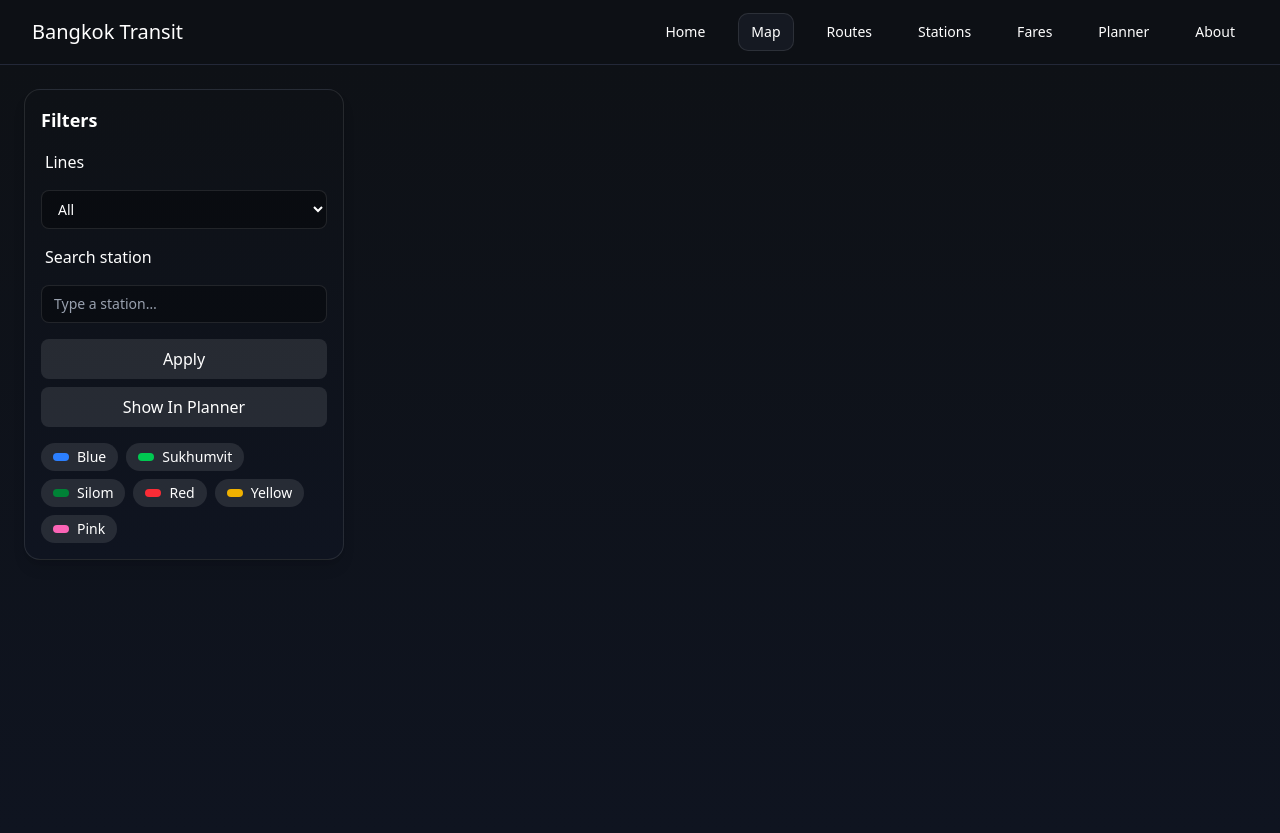
Repository: pyaestk/Bangkok-transit-map
Page: /map
An editor plug-in stored every save of this project. The page is shown before and after a run of saves, followed by the edit.
The browser window is 1280 px wide. The pictures show the whole page.
The project was rebuilt for these pictures with package versions that can differ from the ones it lists, and the page was loaded fresh each time. Also part of the build but not shown: vite.config.ts, src/pages/Home.tsx, src/pages/Planner.tsx, src/pages/Stations.tsx, src/pages/TrainRoutes.tsx, src/pages/Fares.tsx, src/pages/About.tsx.

Above is the page before, as saved 2025-10-04 10:10:02.

After the next 2 saves:
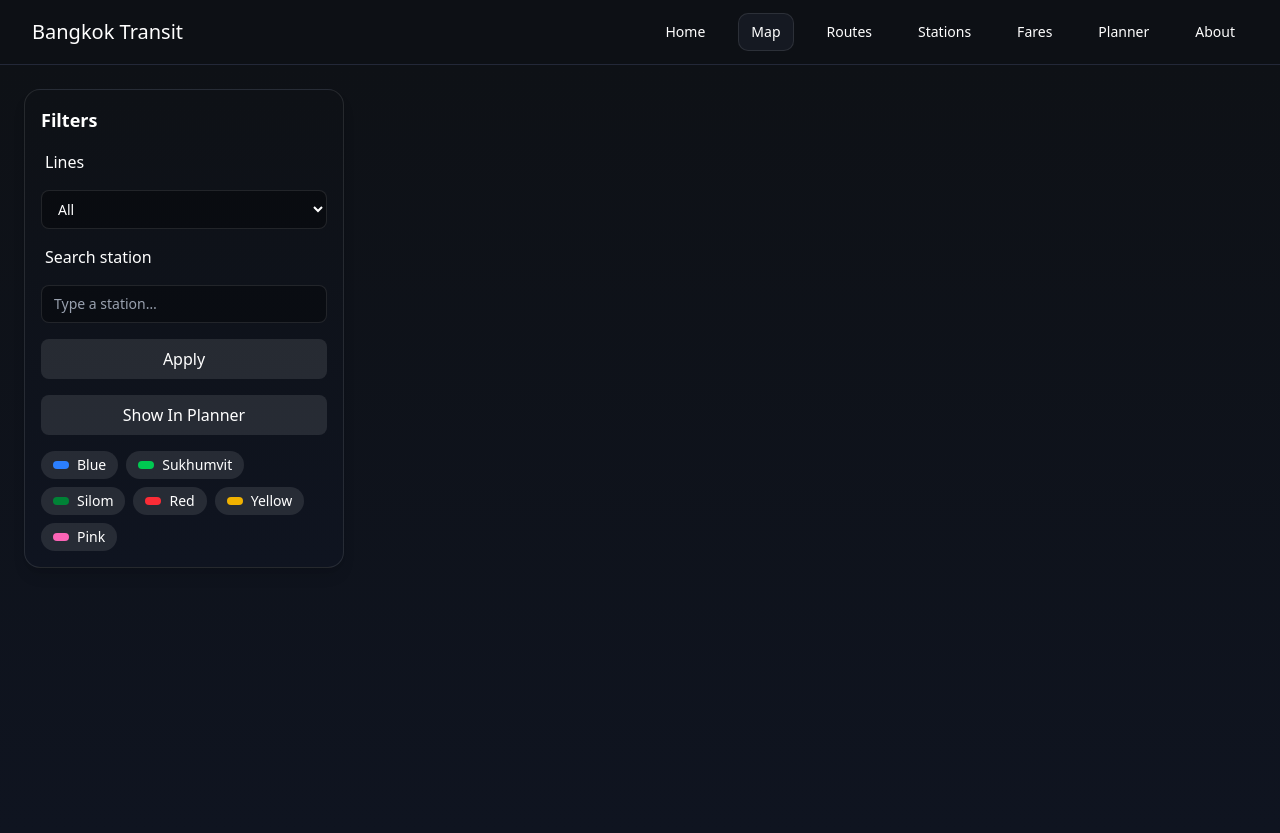
The 2 saves are shown as one change because they came seconds apart.
The last was saved 8 s later.
--- a/src/component/FiltersCard.tsx
+++ b/src/component/FiltersCard.tsx
@@ -21,7 +21,7 @@ export default function FiltersCard() {
       />
 
       {/* Buttons */}
-      <div className="flex flex-col space-y-2 mt-4">
+      <div className="flex flex-col space-y-4 mt-4">
         <button className="px-4 py-2 rounded-lg bg-white/10 hover:bg-white/20">Apply</button>
         <button className="px-4 py-2 rounded-lg bg-white/10 hover:bg-white/20">Show In Planner</button>
       </div>
